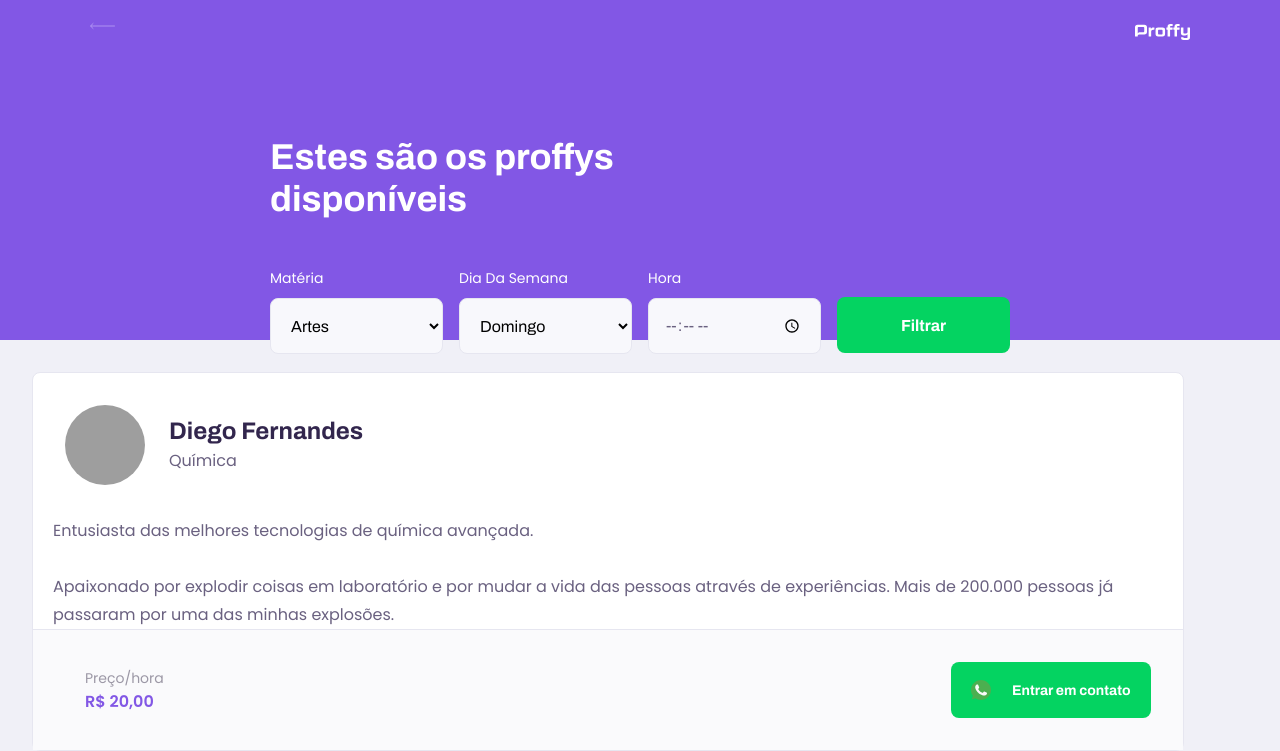
Repository: LukeVersus/NLW
Page: study.html
These files come from the project's save history. The page is drawn as it stood at one moment and after the next save; the edit follows.
The browser window is 1280 px wide. The pictures show the whole page.
Pictures or frames that could not be fetched are drawn as grey boxes.

Above is the page before, as saved 2020-08-05 01:18:47.

After the next save:
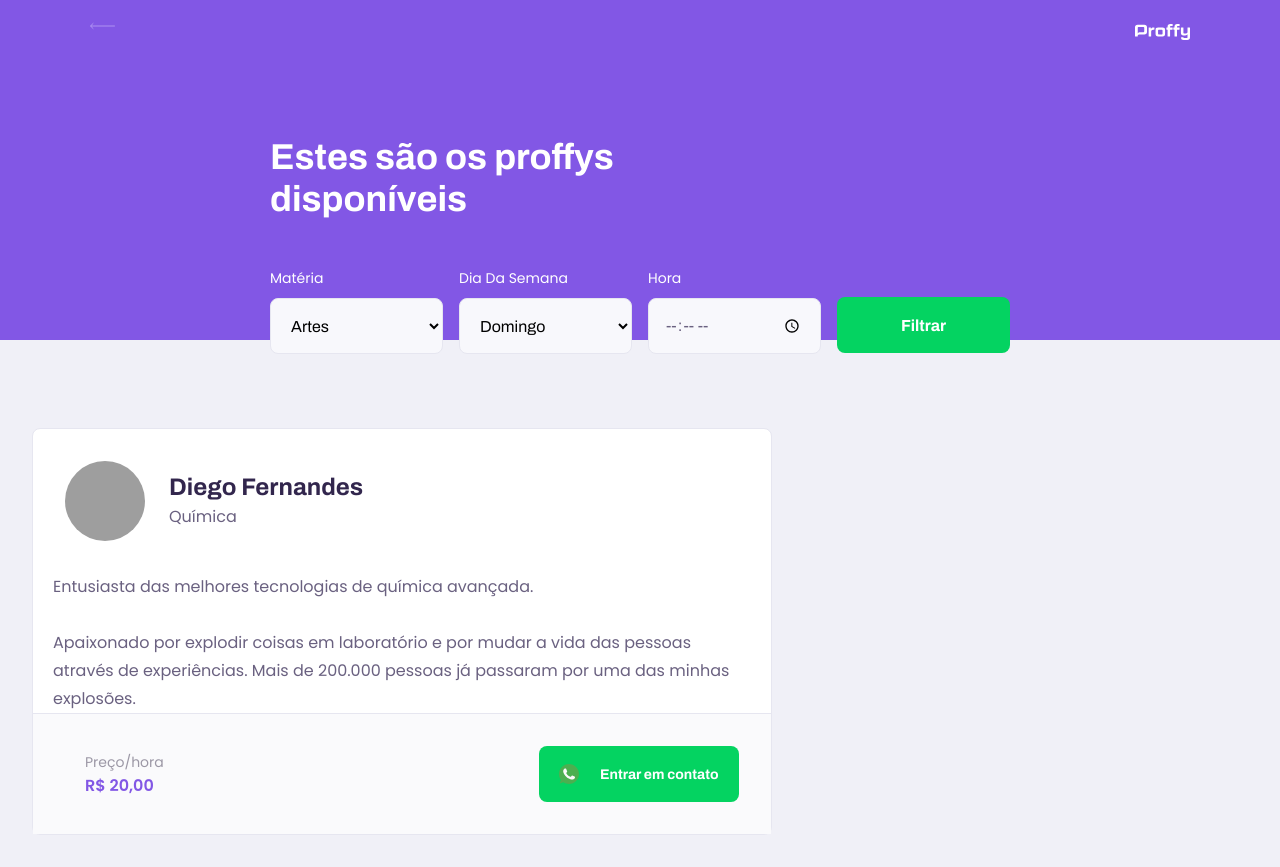
Saved 58 s later.
--- a/styles/partials/page-study.css
+++ b/styles/partials/page-study.css
@@ -237,4 +237,9 @@
         position: absolute;
         bottom: -28px;
     }
-}
+
+    #page-study main{
+        padding: 32px 0;
+        max-width: 740px;
+    }
+}
